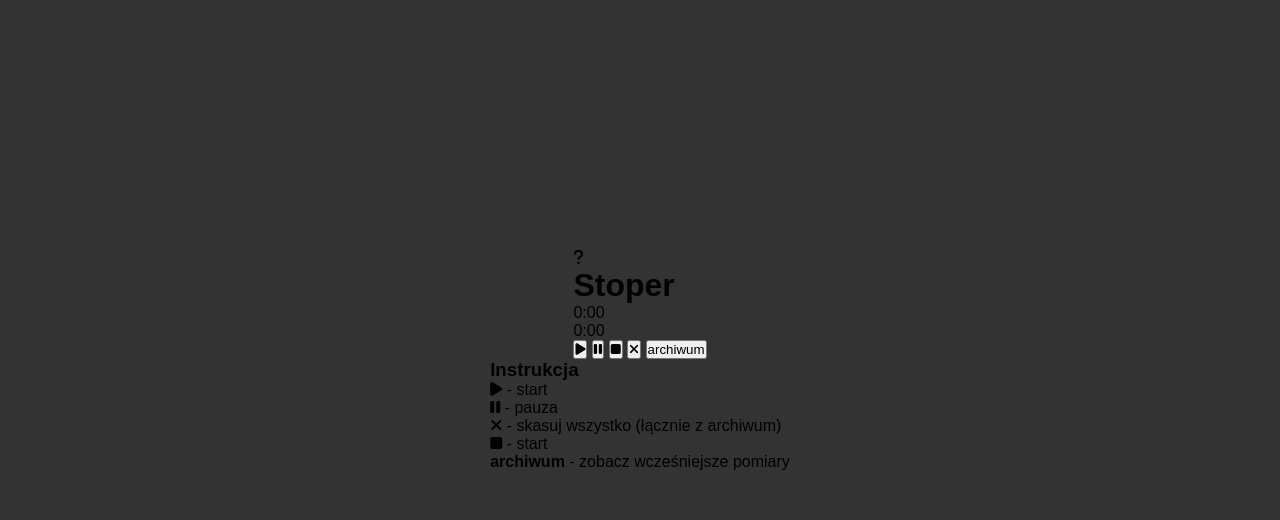
Repository: KrzysKolo/Projekt-5_Stoper
Page: index.html
An editor plug-in stored every save of this project. The page is shown before and after the next save, followed by the edit.
The browser window is 1280 px wide. The pictures show the whole page.
Some web fonts or font styles are not loaded; a fallback is used. Some web libraries are served in a nearby version.

Above is the page before, as saved 2020-07-05 13:34:57.

After the next save:
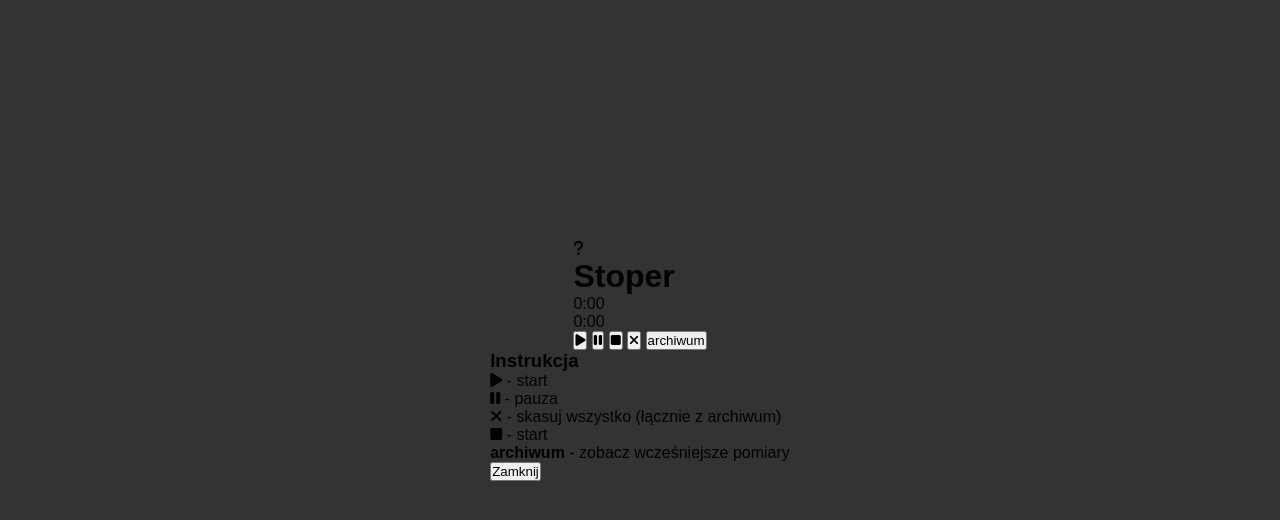
Saved 47 s later.
--- a/index.html
+++ b/index.html
@@ -40,6 +40,7 @@
       <p><i class="fas fa-times"></i> - skasuj wszystko (łącznie z archiwum)</p>
       <p><i class="fas fa-stop"></i> - start</p>
       <p><strong>archiwum</strong> - zobacz wcześniejsze pomiary</p>
+      <button class="close">Zamknij</button>
     </div>
     <script src="./js/index.js"></script>
   </body>
